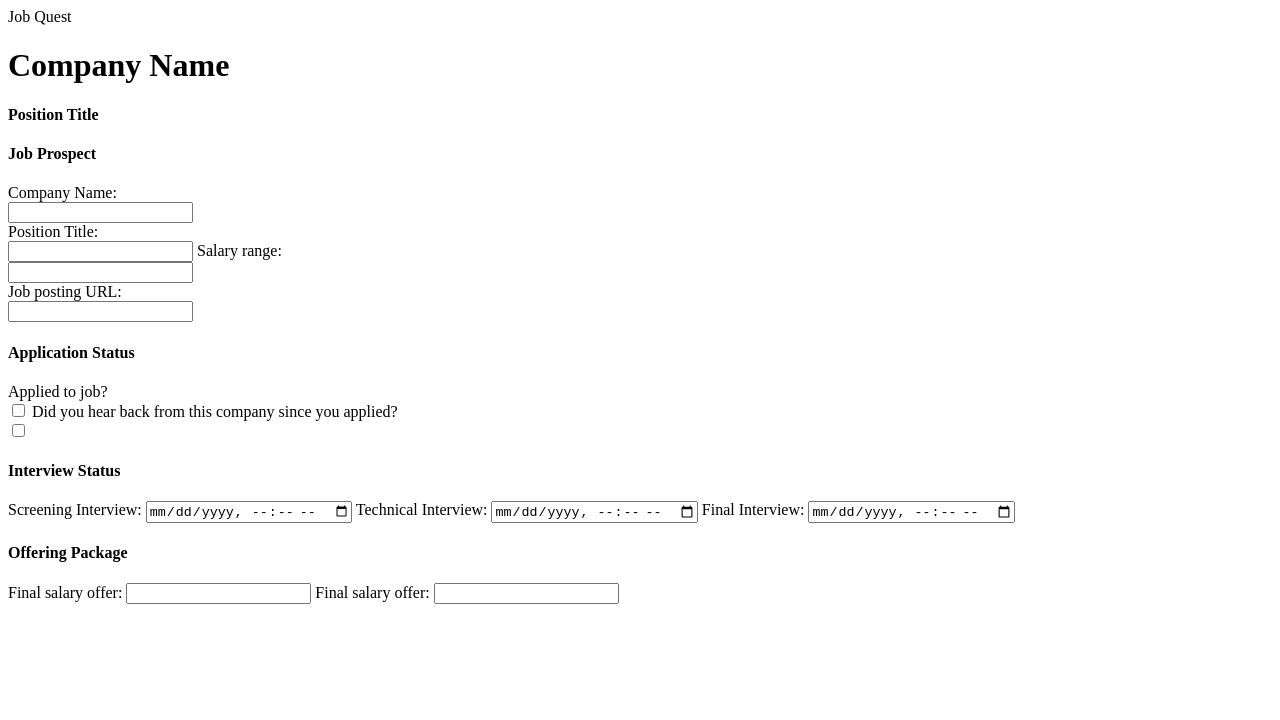
Repository: AllSystemsRGeorge/Job-Quest
Page: utils/mainPageHelper.html
The author's editor kept a copy of each file at every save. The page is drawn from the files as they stood at one save, then again after the next save.
The browser window is 1280 px wide. The pictures show the whole page.

Above is the page before, as saved 2022-08-04 16:48:34.

### utils/mainPageHelper.html
<!DOCTYPE html>
<html lang="en">
<head>
    <meta charset="UTF-8">
    <meta http-equiv="X-UA-Compatible" content="IE=edge">
    <meta name="viewport" content="width=device-width, initial-scale=1.0">
    <title>Job Quest</title>
</head>
<body>
    <nav>Job Quest</nav>
    <div class="jobCard">
        <div class="cardHeader">
            <h1>Company Name</h1>
            <h4>Position Title</h4>
        </div>
    </div>
    <form>
        <!-- job summary -->
        <h4>Job Prospect</h4>
        <label for="name">Company Name:</label><br>
        <input type="text" name="name"><br>
        <label for="position">Position Title:</label><br>
        <input type="text" name="position">
        <label for="initialSalary">Salary range:</label><br>
        <input type="number" name="initialSalary"><br>
        <label for="jobDesLink">Job posting URL: </label><br>
        <input type="url" name="jobDesLink">

        <!-- application process -->
        <h4>Application Status</h4>
        <label for="applied">Applied to job?</label><br>
        <input type="checkbox" name="jobApplication">
        <label for="feedback">Did you hear back from this company since you applied?</label><br>
        <input type="checkbox" name="feedback">

        <!-- interview process -->
        <h4>Interview Status</h4>
        <label for="screeningInt">Screening Interview:</label>
        <input type="datetime-local" name="screeningInt">
        <label for="technicalInt">Technical Interview:</label>
        <input type="datetime-local" name="technicalInt">
        <label for="finalInt">Final Interview:</label>
        <input type="datetime-local" name="finalInt">

        <!-- hiring process -->
        <h4>Offering Package</h4>
        <label for="finalSalary">Final salary offer:</label>
        <input type="number" name="finalSalary">
        <label for="finalSalary">Final salary offer:</label>
        <input type="number" name="finalSalary">

    </form>
</body>
</html>

After the next save:
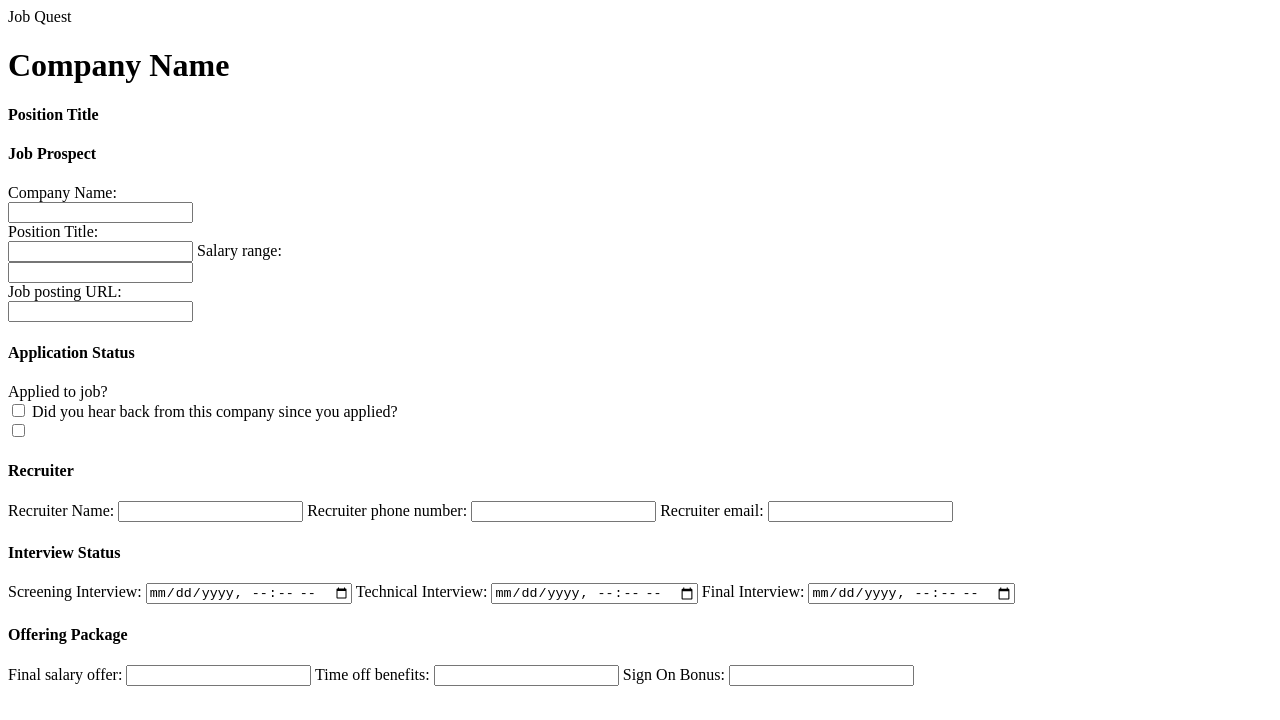
Saved 54 min 15 s later.
--- a/utils/mainPageHelper.html
+++ b/utils/mainPageHelper.html
@@ -33,6 +33,15 @@
         <label for="feedback">Did you hear back from this company since you applied?</label><br>
         <input type="checkbox" name="feedback">
 
+        <!-- recruiter contact info -->
+        <h4>Recruiter</h4>
+        <label for="recName">Recruiter Name:</label>
+        <input type="text" name="recName">
+        <label for="recPhoneNum">Recruiter phone number:</label>
+        <input type="tel" name="recPhoneNum">
+        <label for="recEmail">Recruiter email:</label>
+        <input type="email" name="recEmail">
+
         <!-- interview process -->
         <h4>Interview Status</h4>
         <label for="screeningInt">Screening Interview:</label>
@@ -46,7 +55,9 @@
         <h4>Offering Package</h4>
         <label for="finalSalary">Final salary offer:</label>
         <input type="number" name="finalSalary">
-        <label for="finalSalary">Final salary offer:</label>
+        <label for="finalSalary">Time off benefits:</label>
+        <input type="text" name="finalSalary">
+        <label for="stockOpt">Sign On Bonus:</label>
         <input type="number" name="finalSalary">
 
     </form>
